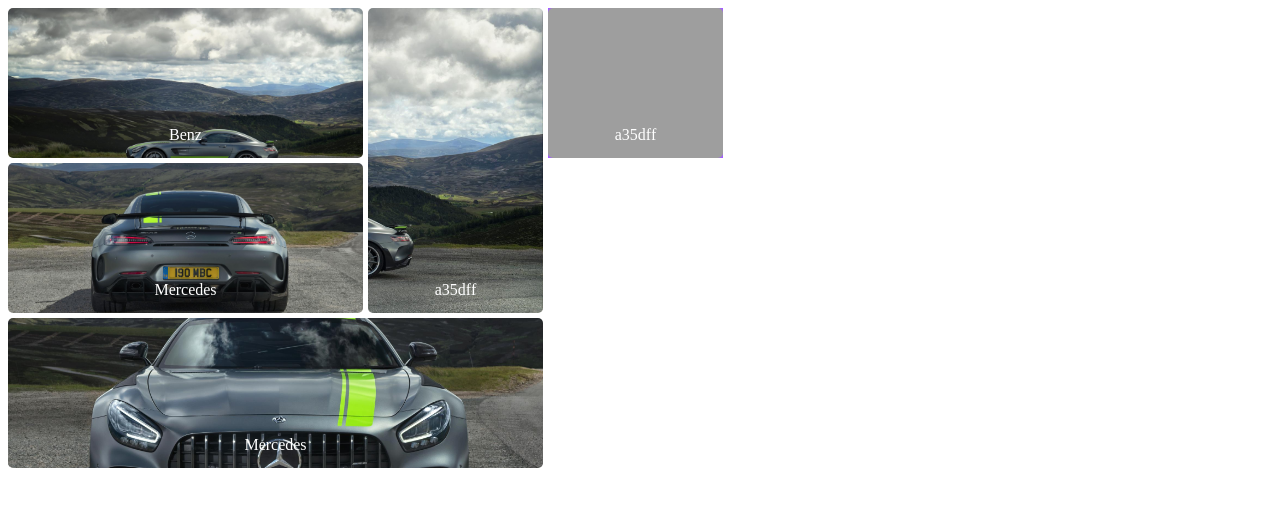
Repository: YoussefElsaygh/metrostyle
Page: index.html
An editor plug-in stored every save of this project. The page is shown before and after the next save, followed by the edit.
The browser window is 1280 px wide. The pictures show the whole page.
Pictures or frames that could not be fetched are drawn as grey boxes.

Above is the page before, as saved 2019-12-16 04:26:55.

### index.html
<!DOCTYPE html>
<html lang="en">
<head>
    <meta charset="UTF-8">
    <meta name="viewport" content="width=device-width, initial-scale=1.0">
    <meta http-equiv="X-UA-Compatible" content="ie=edge">
    <link  type="text/css" rel="stylesheet" href="index.css"/>

    <title>MetroStyle Colors</title>
</head>
<body>
 <div class="wrapper" id="wrapper"></div>
</body>
<script src="index.js"></script>
</html>

### index.css
.wrapper {
    overflow-x: scroll;
    overflow-y: hidden;
    width: 100%;
    display: grid;
    grid-gap: 5px;
    grid-template-columns:repeat(10,175px);
    grid-template-rows:repeat(3, 150px);
  }

### index.js
var scoperows=3;
var scopecols=1;
var scopeimages=[{
    type: 2,
    align:'horizontal',
    data: {
        imageSource:"img/Mercedes/m4.jpg",
        clickCallback: () => {
            console.log("item clicked ");
        },
        text: {
            label: "Mercedes",
            textStyle: {
                color: "white"
            }
        },
    },
},
{
    type: 2,
    align:'horizontal',

    data: {
        imageSource:"../img/Mercedes/m2.jpg",
        clickCallback: () => {
            console.log("item clicked ");
        },
        text: {
            label: "Benz",
            textStyle: {
                color: "White"
            }
        }

    }},{
        type: 3,
        align:'horizontal',

        data: {
            imageSource:"./img/Mercedes/m3.jpg",
            clickCallback: () => {
                console.log("item clicked ");
            },

            text: {
                label: "Mercedes",
                textStyle: {
                    color: "White"
                }
            }

        }},{
            type: 2,
            align:'vertical',

            data: {
                imageSource:"./img/Mercedes/m2.jpg",

                clickCallback: () => {
                    console.log("item clicked ");
                },
                text: {
                    label: "a35dff",
                    textStyle: {
                        color: "White"
                    }
                }

            }}
            ,{
                type: 1,
                align:'horizontal',

                data: {
                    imageSource:"./img/Mercedes/m5",

                    clickCallback: () => {
                        console.log("item clicked ");
                    },
                    backgroundStyle: {
                        backgroundColor: "#a35dff"
                    },
                    text: {
                        label: "a35dff",
                        textStyle: {
                            color: "White"
                        }
                    }

                }}]

                var scopegridView = new Array(scoperows);
                            for (let i = 0; i < scopegridView.length; i++) {
                                scopegridView[i] = new Array(scopecols);
                                for (let j = 0; j < scopegridView[i].length; j++) {
                                    scopegridView[i][j] = 0;
                                }
                            }

                            for (let i = 0; i < scopeimages.length; i++) {
                                draw(scopeimages[i]);
                            }

            function setStyle(elem, propertyObject) {
                for (var property in propertyObject)
                    elem.style[property] = propertyObject[property];
            }

            function populateDataInField({row, col, img, divStyle, imageStyle}) {
                 if(img.align=='horizontal') {
                    for (let i = 0; i < img.type; i++) {
                        scopegridView[row][col + i] = 1;
                    }
                }
                else{
                    for (let i = 0; i < img.type; i++) {
                        scopegridView[row + i][col] = 1;
                    }
                }

                let div = document.createElement("DIV");
                let image = document.createElement("IMG");
                let paragraph = document.createElement("P");

                setStyle(div, divStyle);

                if (img.data) {
                    div.onclick = img.data.clickCallback;
                    setStyle(div, img.data.backgroundStyle);
                    if (img.data.imageSource) {
                        /**
                         * In case of full block image
                         * @type {string}
                         */
                        image.src = img.data.imageSource;
                        image.onerror = function() {
                            if(img.data.imageErrSrc){
                            image.src = img.data.imageErrSrc;
                            }

                        }

                        setStyle(image, {
                            maxWidth: "100%",
                            height: "100%",
                            width: "100%",
                            objectFit: "cover",
                            objectPosition:'100% 20%',
                            borderRadius:"5px"

                        });
                        setStyle(image, imageStyle);
                        div.appendChild(image);
                        if (img.data.text && img.data.text.label) {
                            setStyle(paragraph, {
                                position: "relative",
                                top: "-52px",
                                wordBreak: 'break-word'
                            });
                        }
                    } else {
                        /**
                         * In case of small icon only
                         */
                        if (img.data.icon && img.data.icon.iconSource) {
                            image.src = img.data.icon.iconSource;
                            setStyle(image, {
                                maxWidth: "50%",
                                padding: "10px"
                            });
                            setStyle(image, img.data.icon.iconStyle);
                            div.appendChild(image);
                            if (img.data.text && img.data.text.label) {
                                // setStyle(paragraph, {
                                //   paddingTop: ""
                                // });
                            }
                        }
                    }
                    if (img.data.text) {
                        if (img.data.text.label) {
                            paragraph.innerHTML = img.data.text.label;

                            setStyle(paragraph, {
                                textAlign: "center"
                            });
                            setStyle(paragraph, img.data.text.textStyle);

                            div.appendChild(paragraph);
                        }
                    }
                }
                document.getElementById("wrapper").appendChild(div);
            }

            function compareRowArray(col, row, gridView, type) {
                if (type == 0) {
                    return true;
                } else {
                    return (
                        gridView[row + type - 1][col] == 0 &&
                        compareRowArray(col, row, gridView, type - 1)
                    );
                }
            }

            function compareColArray(col, row, gridView, type) {
                if (type == 0) {
                    return true;
                } else {
                    return (
                        gridView[row][col + type - 1] == 0 &&
                        compareColArray(col, row, gridView, type - 1)
                    );
                }
            }

            function addColumn(var_rows, var_cols, gridView) {
                for (let i = 0; i < scoperows; i++) {
                    gridView[i].push(0);
                }
                scopecols++;
            }

            /**
             * return true in case there is no available row
             * @returns {boolean}
             */
            function rowCheckAvaialble(row, type) {
                return row < scoperows - type + 1;
            }

            /**
             * return true in case there is no available column
             * @returns {boolean}
             */
            function colCheckAvaialble(col, type) {
                return col < scopecols - type + 1;
            }

            function checkAvailableSinglePlace() {
                for (var i = 0; i < scoperows; i++) {
                    for (var j = 0; j < scopecols; j++) {
                        if (scopegridView[i][j] == 0) {
                            return true;
                        }
                    }
                }
                return false;
            }

            function checkAvailableVerticalPlace(type) {
                for (let i = 0; i < scoperows; i++) {
                    for (let j = 0; j < scopecols; j++) {
                        if (i + type - 1 < scoperows)
                            if (compareRowArray(j, i, scopegridView, type)) {
                                return true;
                            }
                    }
                }
                return false;
            }

            function checkAvailableTripleHorizontalPlace(type) {
                for (let i = 0; i < scoperows; i++) {
                    for (let j = 0; j < scopecols; j++) {
                        if (j + type - 1 < scopecols)
                            if (compareColArray(j, i, scopegridView, type)) {
                                return true;
                            }
                    }
                }
                return false;
            }

            function rowPopulation({row, col, img}) {
                populateDataInField({
                    row,
                    col,
                    img,
                    divStyle: {
                        gridColumnStart: col + 1,
                        gridColumnEnd: col + 2,
                        gridRowStart: row + 1,
                        gridRowEnd: row + img.type + 1
                        // borderRadius:'5px'
                    }
                });
            }

            function colPopulation({row, col, img}) {
                populateDataInField({
                    row,
                    col,
                    img,
                    divStyle: {
                        gridColumnStart: col + 1,
                        gridColumnEnd: col + 1 + img.type,
                        gridRowStart: row + 1,
                        gridRowEnd: row + 2
                        // borderRadius:'5px'

                    }
                });
            }

            function draw(img) {
                outer_loop: for (let col = 0; col < scopecols; col++) {
                    for (let row = 0; row < scoperows; row++) {
                        switch (img.align) {
                            case 'vertical':
                                case undefined:

                                if (checkAvailableVerticalPlace(img.type)) {
                                    if (rowCheckAvaialble(row, img.type) && compareRowArray(col, row, scopegridView, img.type)) {
                                        rowPopulation({row, col, img});
                                        break outer_loop;
                                    }

                                } else {
                                    addColumn(scoperows, scopecols, scopegridView);
                                }

                                break;
                            case 'horizontal':
                                if (checkAvailableTripleHorizontalPlace(img.type)) {
                                    if (colCheckAvaialble(col, img.type) && compareColArray(col, row, scopegridView, img.type)) {
                                        colPopulation({row, col, img});
                                        break outer_loop;
                                    }

                                } else {
                                    addColumn(scoperows, scopecols, scopegridView);
                                }
                                break;
                                default:
                                        if (
                                                    scopegridView[row][col] != 0 &&
                                                    !checkAvailableSinglePlace()
                                                ) {
                                                    addColumn(scoperows, scopecols, scopegridView);
                                                    break;
                                                }

                                                if (scopegridView[row][col] == 0) {
                                                    scopegridView[row][col] = 1;
                                                    populateDataInField({
                                                        row,
                                                        col,
                                                        img,
                                                        divStyle: {
                                                            gridColumnStart: col + 1,
                                                            gridColumnEnd: col + 2,
                                                            gridRowStart: row + 1,
                                                            gridRowEnd: row + 2
                                                            // borderRadius:'5px',

                                                        }
                                                    });

                                                    break outer_loop;
                                                }
                                    break;
                        }
                    }
                }
            }

After the next save:
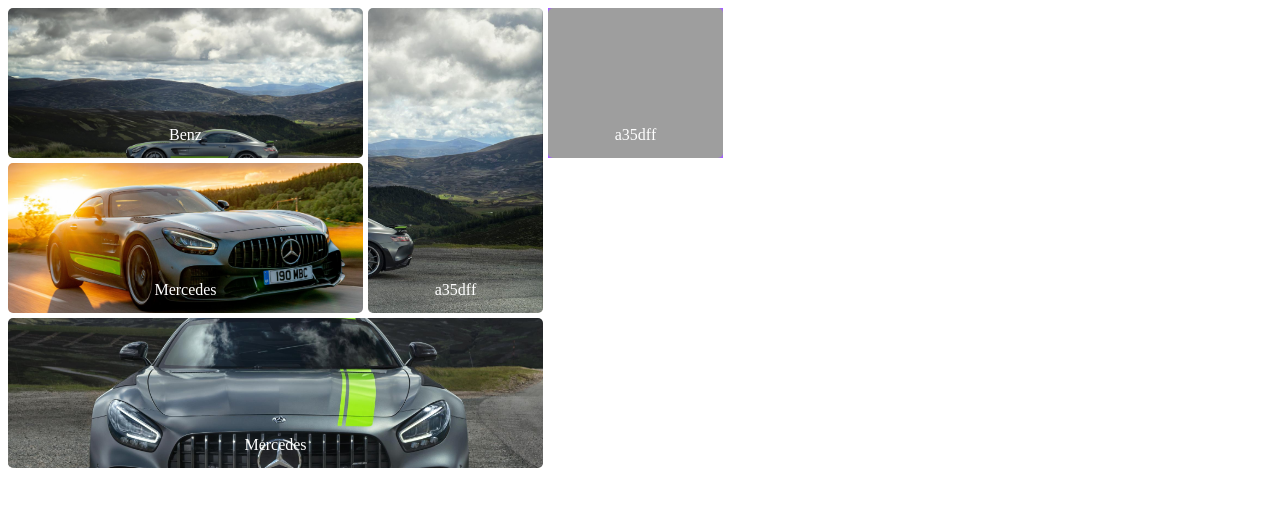
Saved 6 s later.
--- a/index.js
+++ b/index.js
@@ -4,7 +4,7 @@
     type: 2,
     align:'horizontal',
     data: {
-        imageSource:"img/Mercedes/m4.jpg",
+        imageSource:"img/Mercedes/m1.jpg",
         clickCallback: () => {
             console.log("item clicked ");
         },
